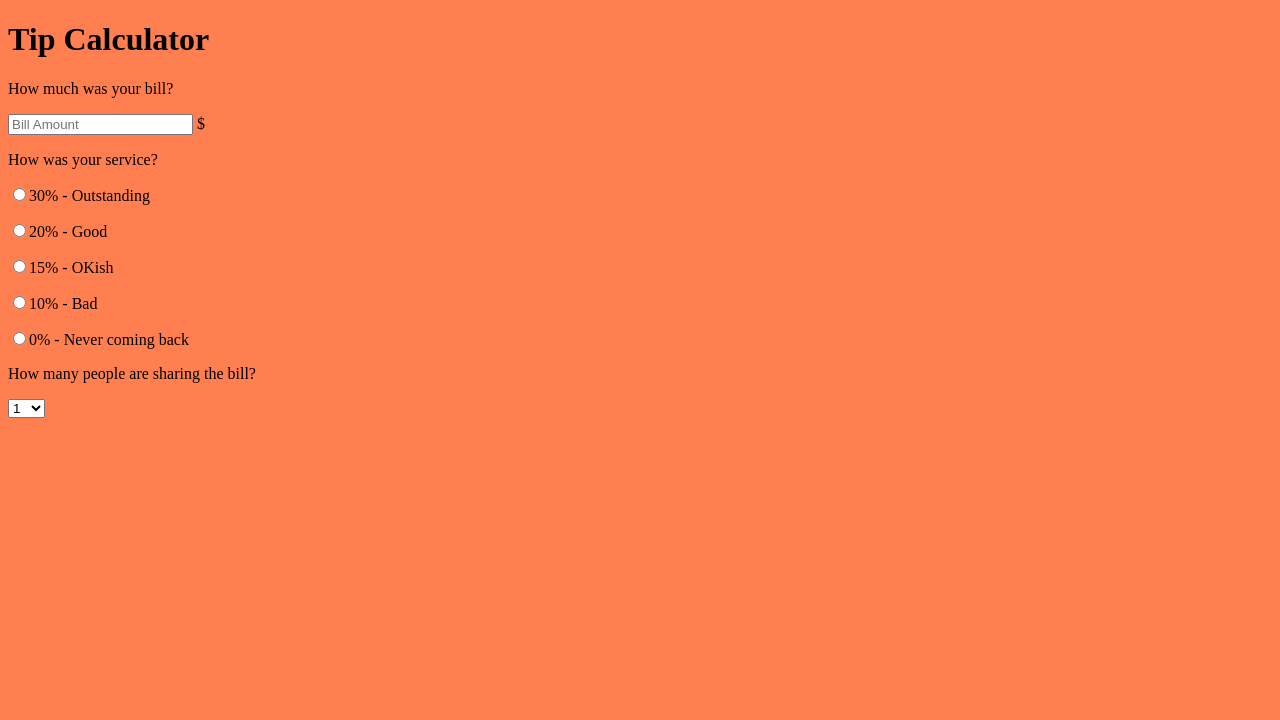
Repository: NiutaR/tip-calculator
Page: index.html
These files come from the project's save history. The page is drawn as it stood at one moment and after the next save; the edit follows.
The browser window is 1280 px wide. The pictures show the whole page.

Above is the page before, as saved 2021-07-24 17:05:04.

After the next save:
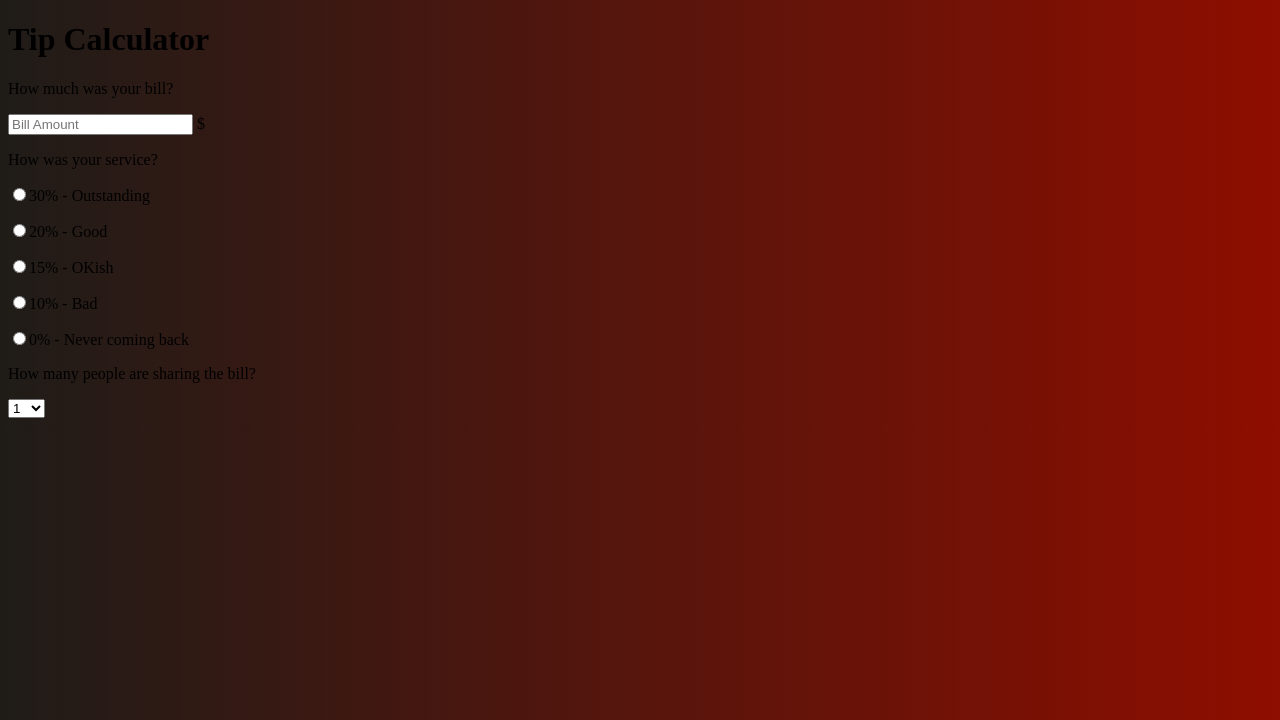
Saved 21 s later.
--- a/style.css
+++ b/style.css
@@ -1,5 +1,8 @@
 body {
     background: coral;
+    background: -webkit-linear-gradient(to left, #8E0E00, #1F1C18);
+    /* Chrome 10-25, Safari 5.1-6 */
+    background: linear-gradient(to left, #8E0E00, #1F1C18);
 }
 #container {
 
